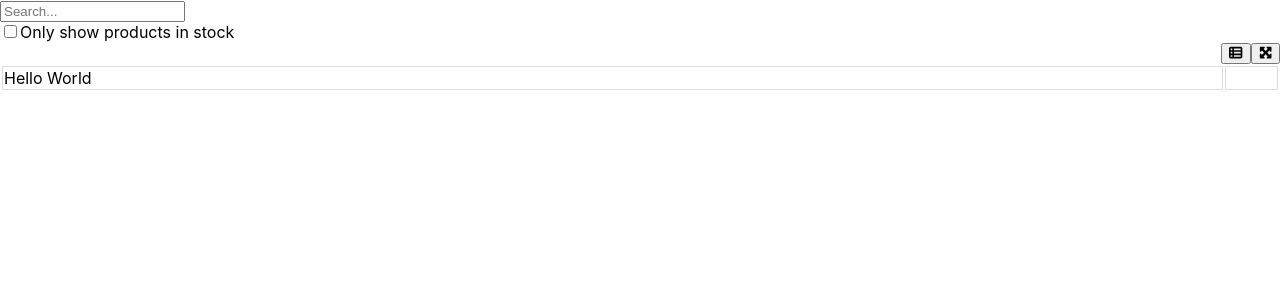
Repository: mariocapitbrok/reactjs-learn
Page: / (app in 05_filtered-data-table/)
The author's editor kept a copy of each file at every save. The page is drawn from the files as they stood at one save, then again after the next save.
The browser window is 1280 px wide. The pictures show the whole page.
The project was rebuilt for these pictures with package versions that can differ from the ones it lists, and the page was loaded fresh each time. Also part of the build but not shown: 05_filtered-data-table/src/components/Table/Caption.jsx, 05_filtered-data-table/src/components/Table/THead.jsx, 05_filtered-data-table/src/components/Table/TBody.jsx, 05_filtered-data-table/src/components/Table/TFoot.jsx, 05_filtered-data-table/src/components/Table/Tr.jsx, 05_filtered-data-table/src/components/Table/Th.jsx.

Above is the page before, as saved 2023-02-28 11:11:19.

After the next save:
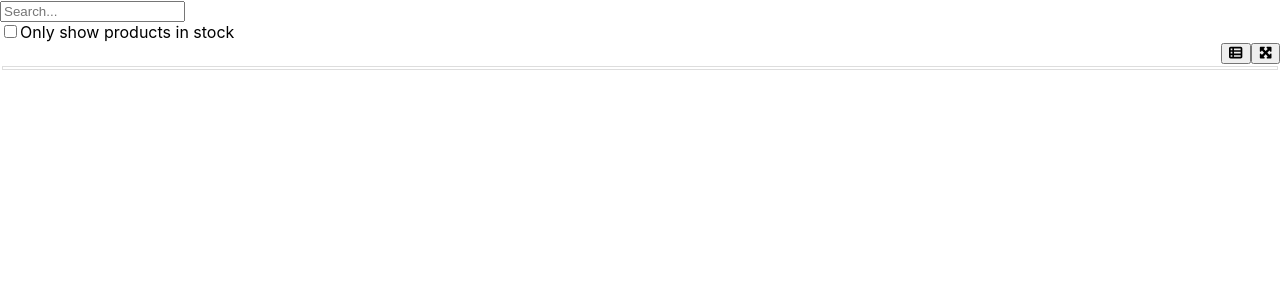
Saved 33 s later.
--- a/05_filtered-data-table/src/data/tableData.js
+++ b/05_filtered-data-table/src/data/tableData.js
@@ -31,7 +31,6 @@ categories.forEach(c => {
 const tableData = [
   <tbody key="1">
     <tr key="1">
-      <td>Hello World</td>
       <Td>Helo World</Td>
     </tr>
   </tbody>,
